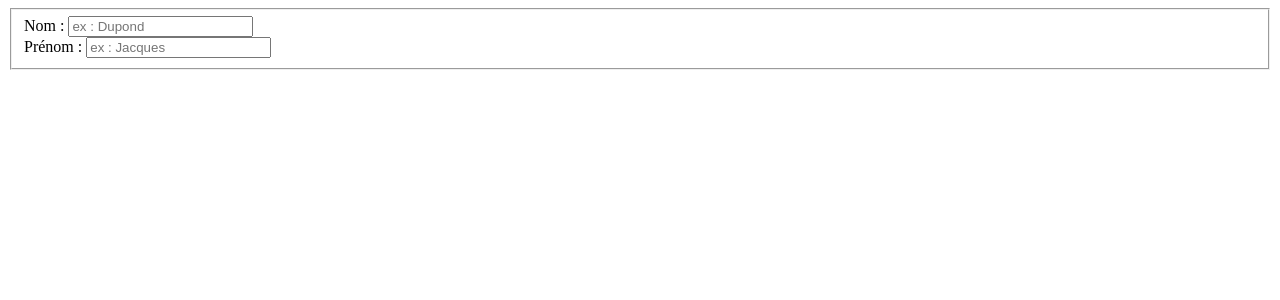
Repository: big73/NFE114
Page: http://localhost/Seance4-step1/formClient.jsp
These files come from the project's save history. The page is drawn as it stood at one moment and after the next save; the edit follows.
The browser window is 1280 px wide. The pictures show the whole page.
The page is served by Tomcat 9.

Above is the page before, as saved 2015-12-30 11:34:30.

After the next save:
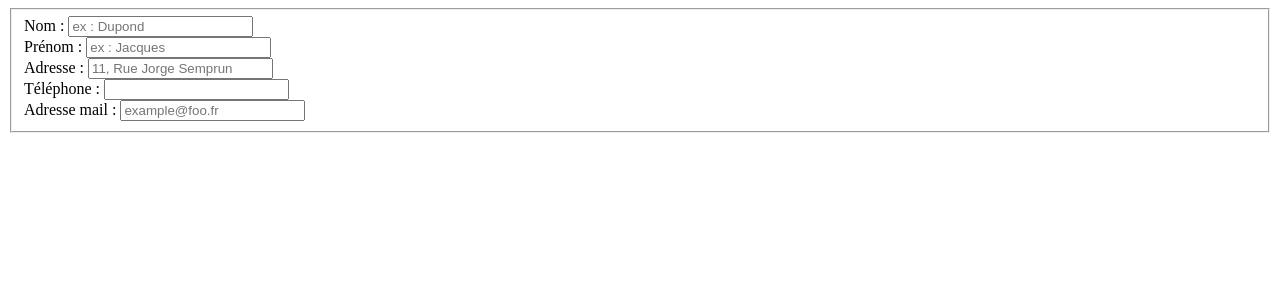
Saved 3 min 59 s later.
--- a/Seance4-step1/WebContent/formClient.jsp
+++ b/Seance4-step1/WebContent/formClient.jsp
@@ -15,6 +15,15 @@
 
 			<label>Prénom : </label>
 			<input type="text" placeholder="ex : Jacques" name="prenom"><br>
+
+			<label>Adresse : </label>
+			<input type="text" placeholder="11, Rue Jorge Semprun" name="adresse"><br>
+
+			<label>Téléphone : </label>
+			<input type="text" placeloder="0612345678" name="phone"><br>
+
+			<label>Adresse mail : </label>
+			<input type="text" placeholder="example@foo.fr" name="mail"><br>
 		</fieldset>
 	</form>
 
